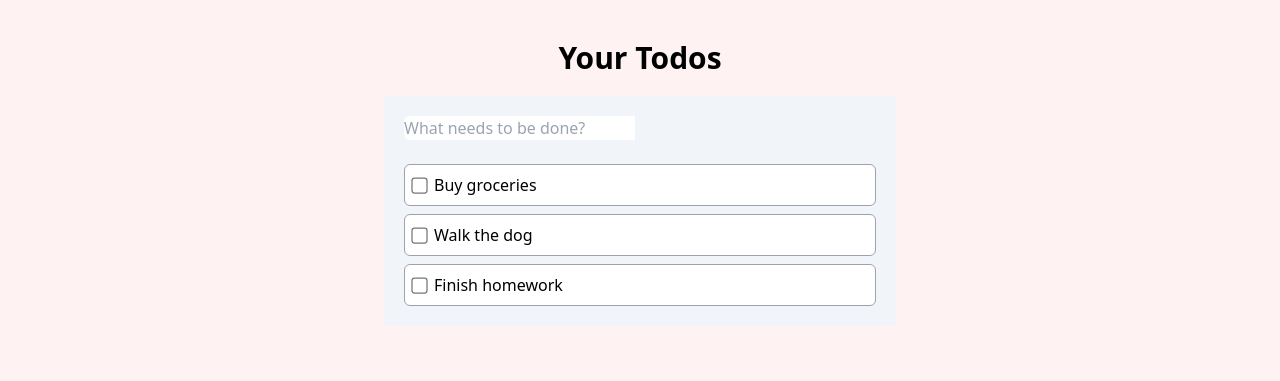
Repository: kocokoy/lodo-list-react-ts-tailwind
Page: /
The author's editor kept a copy of each file at every save. The page is drawn from the files as they stood at one save, then again after the next save.
The browser window is 1280 px wide. The pictures show the whole page.
The project was rebuilt for these pictures with package versions that can differ from the ones it lists, and the page was loaded fresh each time. Also part of the build but not shown: vite.config.ts.

Above is the page before, as saved 2025-07-29 17:36:00.

After the next save:
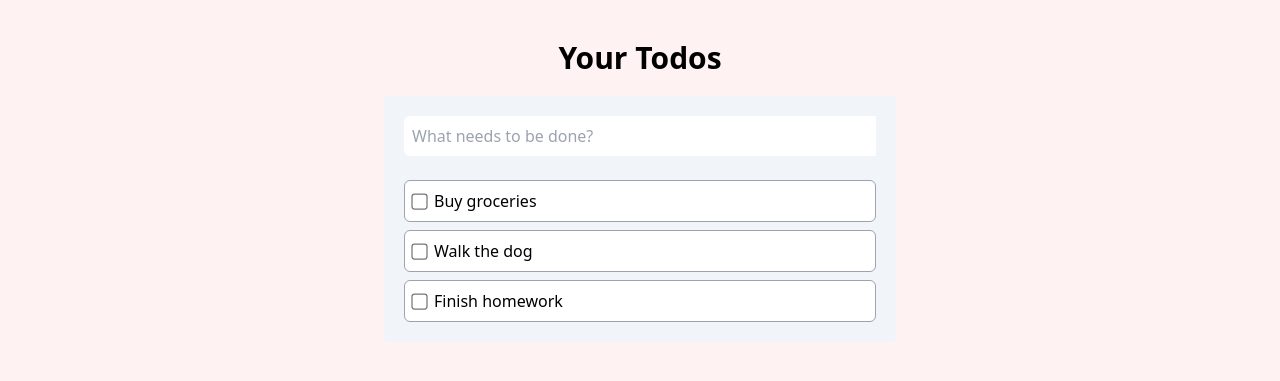
Saved 48 s later.
--- a/src/components/AddTodoForm.tsx
+++ b/src/components/AddTodoForm.tsx
@@ -1,9 +1,9 @@
 export default function AddTodoForm() {
   return(
-    <form>
+    <form className="flex">
       <input type="text"
         placeholder="What needs to be done?"
-        className="rounded-s-md "
+        className="rounded-s-md grow border-gray-400 p-2"
       />
     </form>
   )
